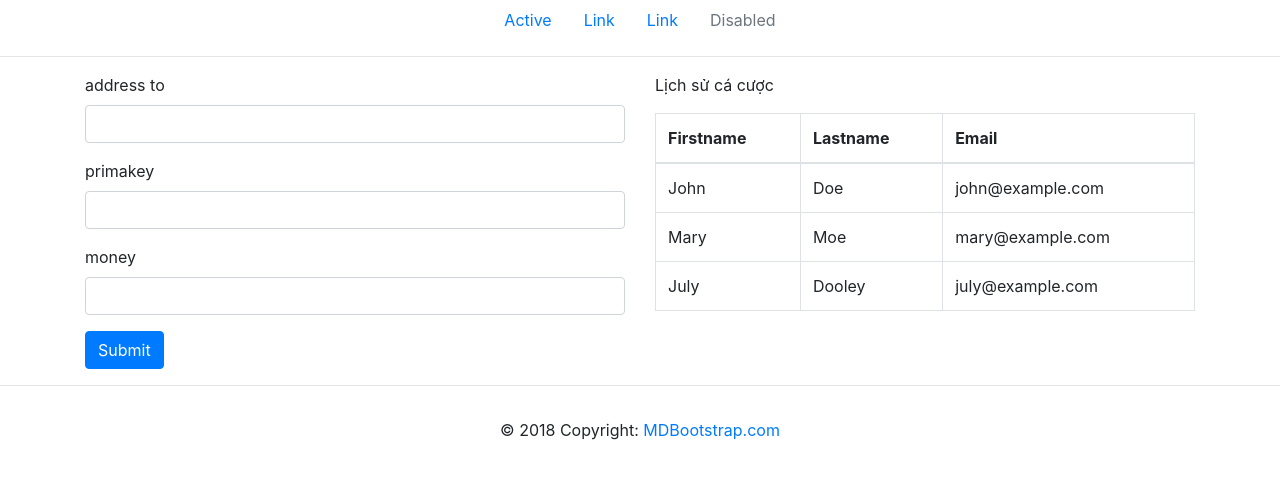
Repository: tienvins/vinsofts-blockchain-training-Oct2018
Page: http://localhost/
The author's editor kept a copy of each file at every save. The page is drawn from the files as they stood at one save, then again after the next save.
The browser window is 1280 px wide. The pictures show the whole page.
The page is served by the project's Node server (index.js).

Above is the page before, as saved 2018-11-06 09:40:48.

After the next save:
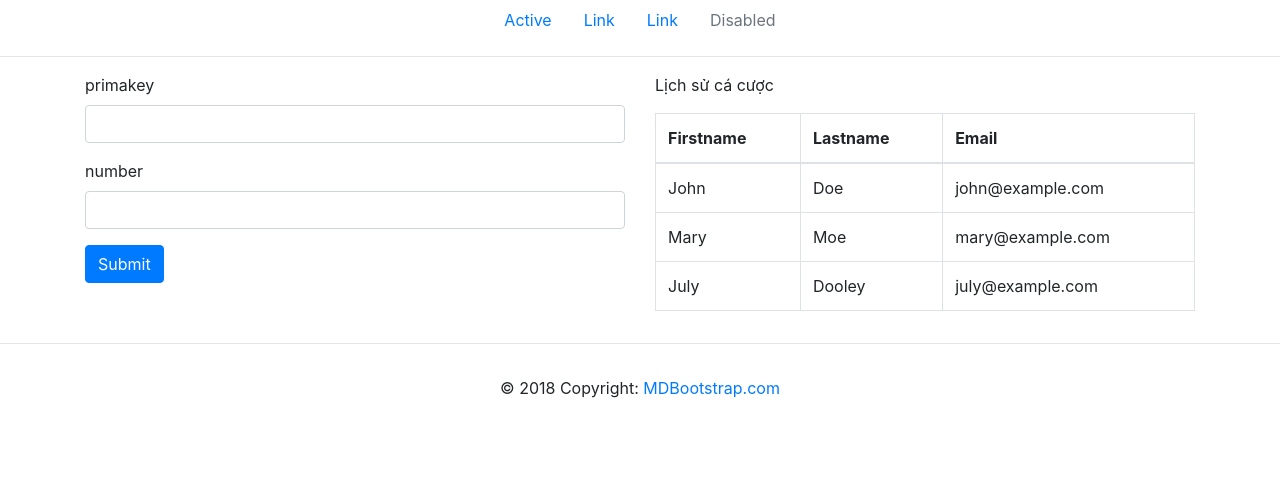
Saved 47 s later.
--- a/tunglt/dappbetting/views/home/index.ejs
+++ b/tunglt/dappbetting/views/home/index.ejs
@@ -6,15 +6,11 @@
     <div class="col-md-6">
       <form method="POST" action="transfer">
         <div class="form-group">
-          <label>address to</label>
-          <input type="text" class="form-control" name="address_to">
-        </div>
-        <div class="form-group">
           <label>primakey</label>
           <input type="text" class="form-control" name="privatekey">
         </div>
         <div class="form-group">
-          <label>money</label>
+          <label>number</label>
           <input type="number" class="form-control" name="money">
         </div>
         <button type="submit" class="btn btn-primary">Submit</button>
@@ -23,32 +19,32 @@
     </div>
     <div class="col-md-6">
       <p>Lịch sử cá cược</p>
-  <table class="table table-bordered">
-    <thead>
-      <tr>
-        <th>Firstname</th>
-        <th>Lastname</th>
-        <th>Email</th>
-      </tr>
-    </thead>
-    <tbody>
-      <tr>
-        <td>John</td>
-        <td>Doe</td>
-        <td>john@example.com</td>
-      </tr>
-      <tr>
-        <td>Mary</td>
-        <td>Moe</td>
-        <td>mary@example.com</td>
-      </tr>
-      <tr>
-        <td>July</td>
-        <td>Dooley</td>
-        <td>july@example.com</td>
-      </tr>
-    </tbody>
-  </table>
+      <table class="table table-bordered">
+        <thead>
+          <tr>
+            <th>Firstname</th>
+            <th>Lastname</th>
+            <th>Email</th>
+          </tr>
+        </thead>
+        <tbody>
+          <tr>
+            <td>John</td>
+            <td>Doe</td>
+            <td>john@example.com</td>
+          </tr>
+          <tr>
+            <td>Mary</td>
+            <td>Moe</td>
+            <td>mary@example.com</td>
+          </tr>
+          <tr>
+            <td>July</td>
+            <td>Dooley</td>
+            <td>july@example.com</td>
+          </tr>
+        </tbody>
+      </table>
     </div>
   </div>
 </div>
